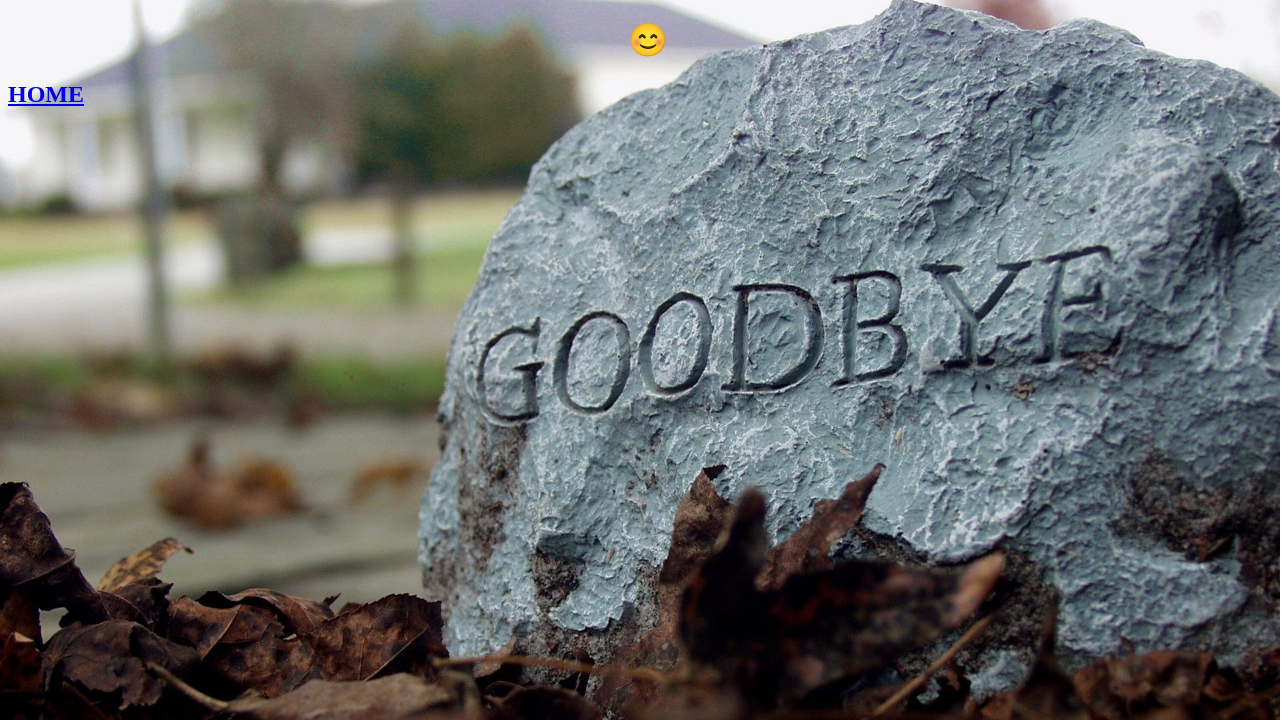
Repository: AJEET006/AdvanceJava-DSA
Page: ADVANCE_JAVA/HW_Example/WebContent/GoodBye.html
The author's editor kept a copy of each file at every save. The page is drawn from the files as they stood at one save, then again after the next save.
The browser window is 1280 px wide. The page is 1288 px wide, so the pictures cover 1288 px, including what lies to the right of the window. The pictures show the whole page.

Above is the page before, as saved 2022-06-21 20:44:01.

After the next save:
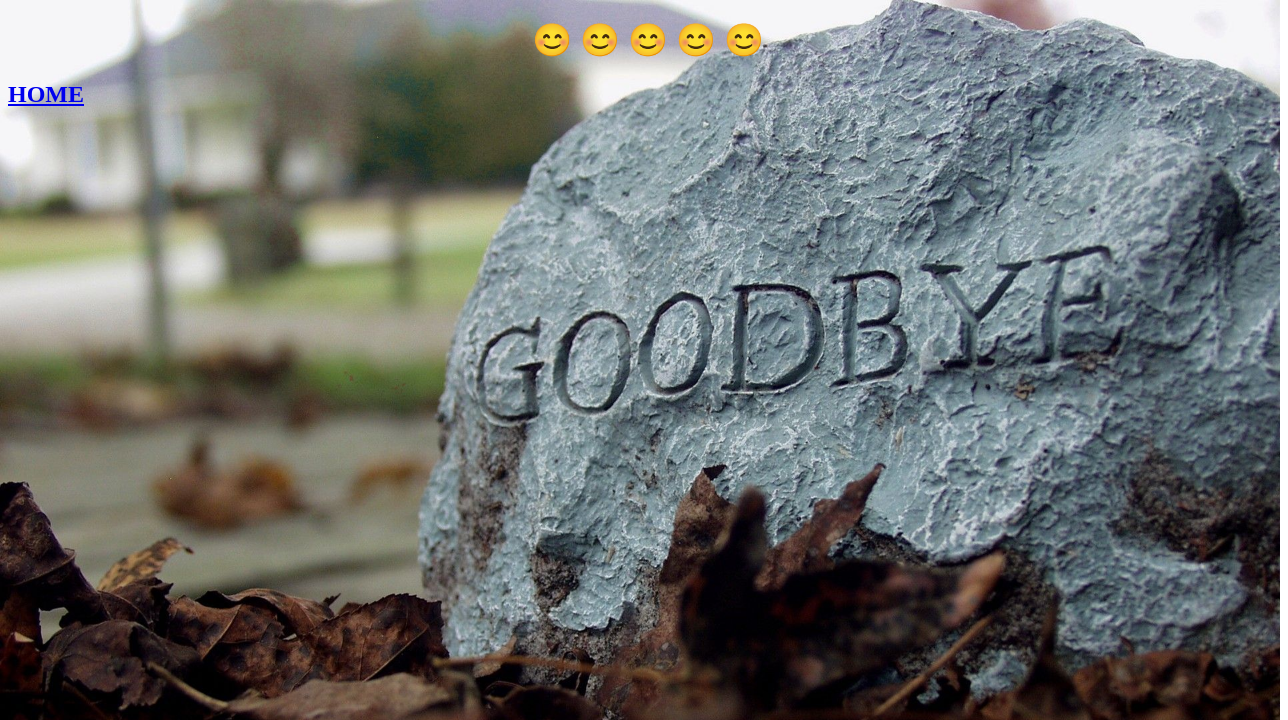
Saved 24 s later.
--- a/ADVANCE_JAVA/HW_Example/WebContent/GoodBye.html
+++ b/ADVANCE_JAVA/HW_Example/WebContent/GoodBye.html
@@ -13,7 +13,7 @@
 	<font color="magenta">
 	<h1>
 	<center>
-		<a>&#128522;</a>
+		<a>&#128522; &#128522; &#128522; &#128522; &#128522;</a>
 	</center>
 	</h1>
 	</font>
